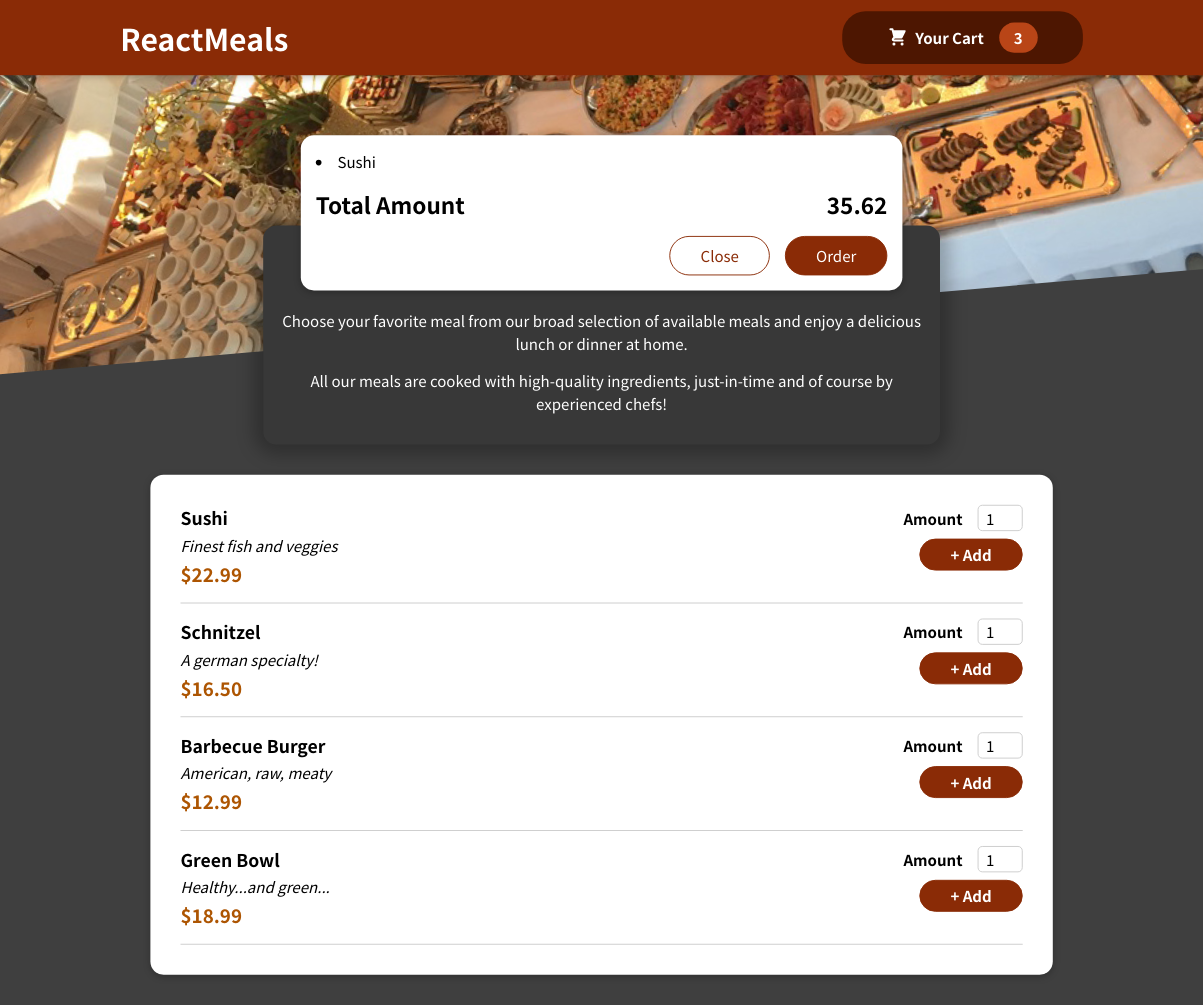
Repository: m-ahmadshaikh/React-Food-Ordering-App
Page: /
An editor plug-in stored every save of this project. The page is shown before and after the next save, followed by the edit.
The browser window is 1280 px wide. The pictures show the whole page, at 94% of full size.
The project was rebuilt for these pictures with package versions that can differ from the ones it lists, and the page was loaded fresh each time.

Above is the page before, as saved 2022-09-08 17:35:11.

### public/index.html
<!DOCTYPE html>
<html lang="en">
  <head>
    <meta charset="utf-8" />
    <link rel="icon" href="%PUBLIC_URL%/favicon.ico" />
    <meta name="viewport" content="width=device-width, initial-scale=1" />
    <meta name="theme-color" content="#000000" />
    <meta
      name="description"
      content="Web site created using create-react-app" />
    <link rel="apple-touch-icon" href="%PUBLIC_URL%/logo192.png" />
    <!--
      manifest.json provides metadata used when your web app is installed on a
      user's mobile device or desktop. See https://developers.google.com/web/fundamentals/web-app-manifest/
    -->
    <link rel="manifest" href="%PUBLIC_URL%/manifest.json" />
    <!--
      Notice the use of %PUBLIC_URL% in the tags above.
      It will be replaced with the URL of the `public` folder during the build.
      Only files inside the `public` folder can be referenced from the HTML.

      Unlike "/favicon.ico" or "favicon.ico", "%PUBLIC_URL%/favicon.ico" will
      work correctly both with client-side routing and a non-root public URL.
      Learn how to configure a non-root public URL by running `npm run build`.
    -->
    <title>React App</title>
  </head>
  <body>
    <noscript>You need to enable JavaScript to run this app.</noscript>
    <div id="overlays"></div>
    <div id="root"></div>
    <!--
      This HTML file is a template.
      If you open it directly in the browser, you will see an empty page.

      You can add webfonts, meta tags, or analytics to this file.
      The build step will place the bundled scripts into the <body> tag.

      To begin the development, run `npm start` or `yarn start`.
      To create a production bundle, use `npm run build` or `yarn build`.
    -->
  </body>
</html>

### src/App.js
import { Fragment } from 'react';
import Cart from './components/Cart/Cart';
import Header from './components/Layout/Header';
import Meals from './components/Meals/Meals';

function App() {
  return (
    <Fragment>
      <Cart />
      <Header />
      <Meals />
    </Fragment>
  );
}

export default App;

### src/components/Cart/Cart.js
import React from 'react';
import Modal from '../UI/Modal';
import styles from './Cart.module.css';
export default function Cart() {
  const cartItems = [{ id: 'c1', name: 'Sushi', amount: 2, price: 12.99 }].map(
    (item) => <li>{item.name}</li>
  );
  return (
    <Modal>
      <div>{cartItems}</div>
      <div className={styles.total}>
        <span>Total Amount</span>
        <span>35.62</span>
      </div>
      <div className={styles.actions}>
        <button className={styles['button--alt']}>Close</button>
        <button className={styles.button}>Order</button>
      </div>
    </Modal>
  );
}

### src/components/Layout/Header.js
import React from 'react';
import styles from './Header.module.css';
import mealsImage from '../../assets/meals.jpeg';
import HeaderCartButton from './HeaderCartButton';
export default function Header() {
  return (
    <React.Fragment>
      <header className={styles.header}>
        <h1>ReactMeals</h1>
        <HeaderCartButton />
      </header>
      <div className={styles['main-image']}>
        <img src={mealsImage} alt="A table full of delicious foods." />
      </div>
    </React.Fragment>
  );
}

### src/components/Meals/Meals.js
import React, { Fragment } from 'react';
import AvailableMeals from './AvailableMeals';
import MealsSummary from './MealsSummary';

export default function Meals() {
  return (
    <Fragment>
      <MealsSummary />
      <AvailableMeals />
    </Fragment>
  );
}

### src/components/UI/Modal.js
import React, { Fragment } from 'react';
import styles from './Modal.module.css';
import ReactDOM from 'react-dom';

const Backdrop = () => {
  <div className={styles.backdrop}>cdscds</div>;
};

const ModalOverlay = function (props) {
  return (
    <div className={styles.modal}>
      <div className={styles.content}>{props.children}</div>
    </div>
  );
};

export default function Modal(props) {
  const portalElement = document.getElementById('overlays');
  return (
    <Fragment>
      {ReactDOM.createPortal(<Backdrop />, portalElement)}
      {ReactDOM.createPortal(
        <ModalOverlay>{props.children}</ModalOverlay>,
        portalElement
      )}
    </Fragment>
  );
}

### src/components/Cart/Cart.module.css
.cart-items {
    list-style: none;
    margin: 0;
    padding: 0;
    max-height: 20rem;
    overflow: auto;
}

.total {
    display: flex;
    justify-content: space-between;
    align-items: center;
    font-weight: bold;
    font-size: 1.5rem;
    margin: 1rem 0;
}

.actions {
    text-align: right;
}

.actions button {
    font: inherit;
    cursor: pointer;
    background-color: transparent;
    border: 1px solid #8a2b06;
    padding: 0.5rem 2rem;
    border-radius: 25px;
    margin-left: 1rem;
}

.actions button:hover,
.actions button:active {
    background-color: #5a1a01;
    border-color: #5a1a01;
    color: white;
}

.actions .button--alt {
    color: #8a2b06;
}

.actions .button {
    background-color: #8a2b06;
    color: white;
}

### src/components/Layout/HeaderCartButton.js
import React from 'react';
import CartIcon from '../Cart/CartIcon';
import classes from './HeaderCartButton.module.css';
export default function HeaderCartButton() {
  return (
    <button className={classes.button}>
      <span className={classes.icon}>
        <CartIcon />
      </span>
      <span>Your Cart</span>
      <span className={classes.badge}>3</span>
    </button>
  );
}

### src/components/Meals/AvailableMeals.js
import React from 'react';
import Card from '../UI/Card';
import classes from './AvailableMeals.module.css';
import MealItem from './MealItem';
const DUMMY_MEALS = [
  {
    id: 'm1',
    name: 'Sushi',
    description: 'Finest fish and veggies',
    price: 22.99,
  },
  {
    id: 'm2',
    name: 'Schnitzel',
    description: 'A german specialty!',
    price: 16.5,
  },
  {
    id: 'm3',
    name: 'Barbecue Burger',
    description: 'American, raw, meaty',
    price: 12.99,
  },
  {
    id: 'm4',
    name: 'Green Bowl',
    description: 'Healthy...and green...',
    price: 18.99,
  },
];
export default function AvailableMeals() {
  const mealsList = DUMMY_MEALS.map((meal) => (
    <MealItem
      id={meal.id}
      key={meal.id}
      name={meal.name}
      description={meal.description}
      price={meal.price}
    />
  ));
  return (
    <section className={classes.meals}>
      <Card>
        <ul>{mealsList}</ul>
      </Card>
    </section>
  );
}

### src/components/Cart/CartIcon.js
import React from 'react';

export default function CartIcon() {
  return (
    <svg
      xmlns="http://www.w3.org/2000/svg"
      viewBox="0 0 20 20"
      fill="currentColor">
      <path d="M3 1a1 1 0 000 2h1.22l.305 1.222a.997.997 0 00.01.042l1.358 5.43-.893.892C3.74 11.846 4.632 14 6.414 14H15a1 1 0 000-2H6.414l1-1H14a1 1 0 00.894-.553l3-6A1 1 0 0017 3H6.28l-.31-1.243A1 1 0 005 1H3zM16 16.5a1.5 1.5 0 11-3 0 1.5 1.5 0 013 0zM6.5 18a1.5 1.5 0 100-3 1.5 1.5 0 000 3z" />
    </svg>
  );
}

### src/components/Layout/HeaderCartButton.module.css
.button {
    cursor: pointer;
    font: inherit;
    border: none;
    background-color: #4d1601;
    color: white;
    padding: 0.75rem 3rem;
    display: flex;
    justify-content: space-around;
    align-items: center;
    border-radius: 25px;
    font-weight: bold;
}

.button:hover,
.button:active {
    background-color: #2c0d00;
}

.icon {
    width: 1.35rem;
    height: 1.35rem;
    margin-right: 0.5rem;
}

.badge {
    background-color: #b94517;
    padding: 0.25rem 1rem;
    border-radius: 25px;
    margin-left: 1rem;
    font-weight: bold;
}

.button:hover .badge,
.button:active .badge {
    background-color: #92320c;
}

.bump {
    animation: bump 300ms ease-out;
}

@keyframes bump {
    0% {
        transform: scale(1);
    }

    10% {
        transform: scale(0.9);
    }

    30% {
        transform: scale(1.1);
    }

    50% {
        transform: scale(1.15);
    }

    100% {
        transform: scale(1);
    }
}

### src/components/UI/Card.js
import React from 'react';
import styles from './Card.module.css';
export default function Card(props) {
  const classNames = `${styles.card} ${props.className}`;
  return <div className={classNames}>{props.children}</div>;
}

### src/components/Meals/MealItem.js
import React from 'react';
import classes from './MealItem.module.css';
import MealItemForm from './MealItemForm';
export default function MealItem(props) {
  const price = `$${props.price.toFixed(2)}`;
  return (
    <li className={classes.meal}>
      <div>
        <h3>{props.name}</h3>
        <div className={classes.description}>{props.description}</div>
        <div className={classes.price}>{price}</div>
      </div>
      <div>
        <MealItemForm id={props.id} />
      </div>
    </li>
  );
}

### src/components/Meals/MealItemForm.js
import React from 'react';
import Input from '../UI/Input';
import classes from './MealItemForm.module.css';
export default function MealItemForm(props) {
  return (
    <form className={classes.form}>
      <Input
        label="Amount"
        input={{
          id: props.id + '_amount',
          type: 'number',
          min: '1',
          max: '5',
          step: '1',
          defaultValue: '1',
        }}
      />
      <button>+ Add</button>
    </form>
  );
}

### src/components/UI/Input.js
import React from 'react';
import classes from './Input.module.css';
export default function Input(props) {
  return (
    <div className={classes.input}>
      <label htmlFor={props.input.id}>{props.label}</label>
      <input {...props.input} />
    </div>
  );
}

Loaded but not shown: src/index.js (common file); src/index.css (common file); src/components/Layout/Header.module.css (common file); src/components/Meals/MealsSummary.js (common file); src/components/UI/Modal.module.css (common file); src/components/Meals/AvailableMeals.module.css (common file); src/components/Meals/MealsSummary.module.css (common file); src/components/UI/Card.module.css (common file); src/components/Meals/MealItem.module.css (common file); src/components/Meals/MealItemForm.module.css (common file); src/components/UI/Input.module.css (common file)

After the next save:
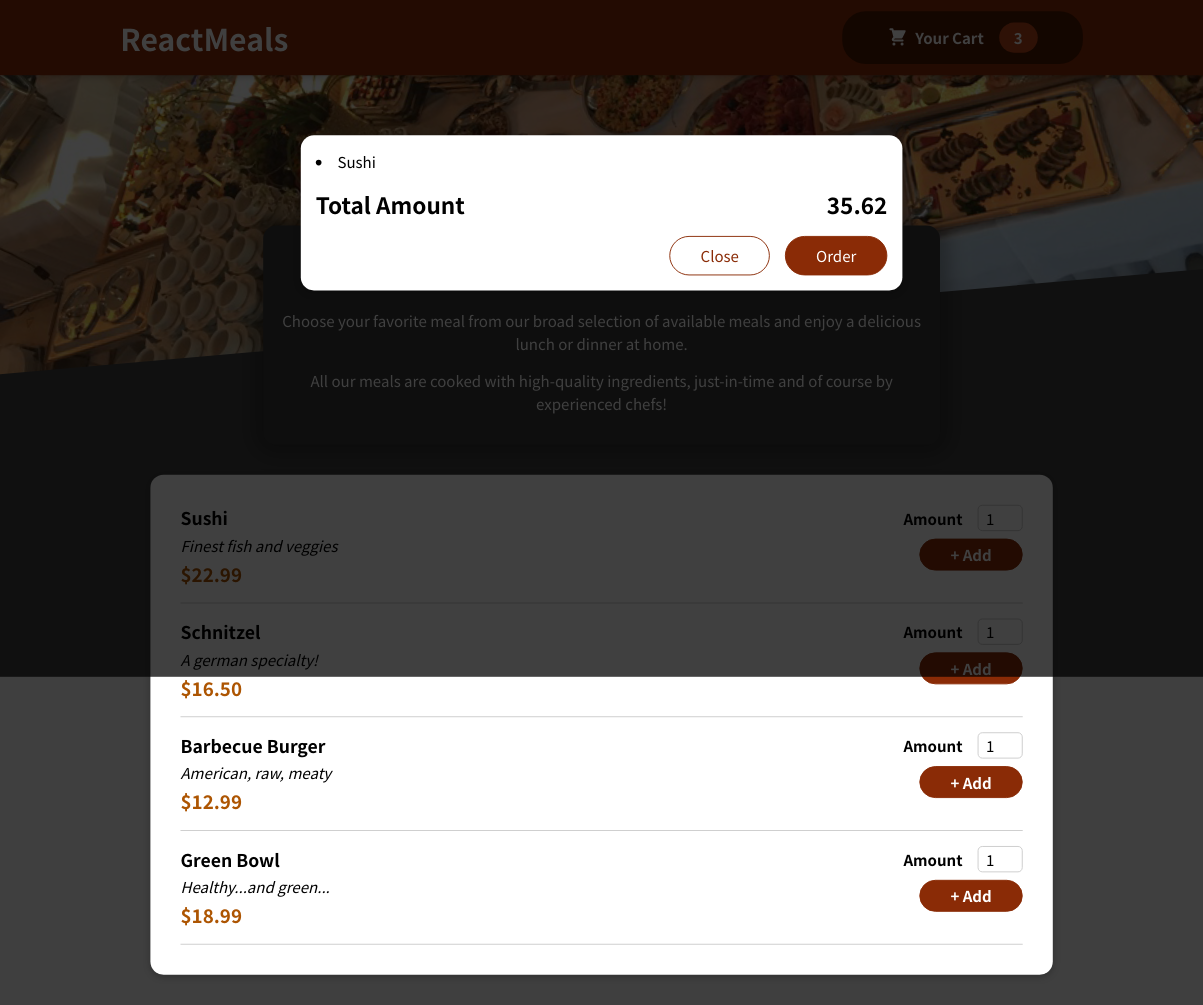
Saved 54 s later.
--- a/src/components/UI/Modal.js
+++ b/src/components/UI/Modal.js
@@ -3,7 +3,7 @@ import styles from './Modal.module.css';
 import ReactDOM from 'react-dom';
 
 const Backdrop = () => {
-  <div className={styles.backdrop}>cdscds</div>;
+  return <div className={styles.backdrop} />;
 };
 
 const ModalOverlay = function (props) {
